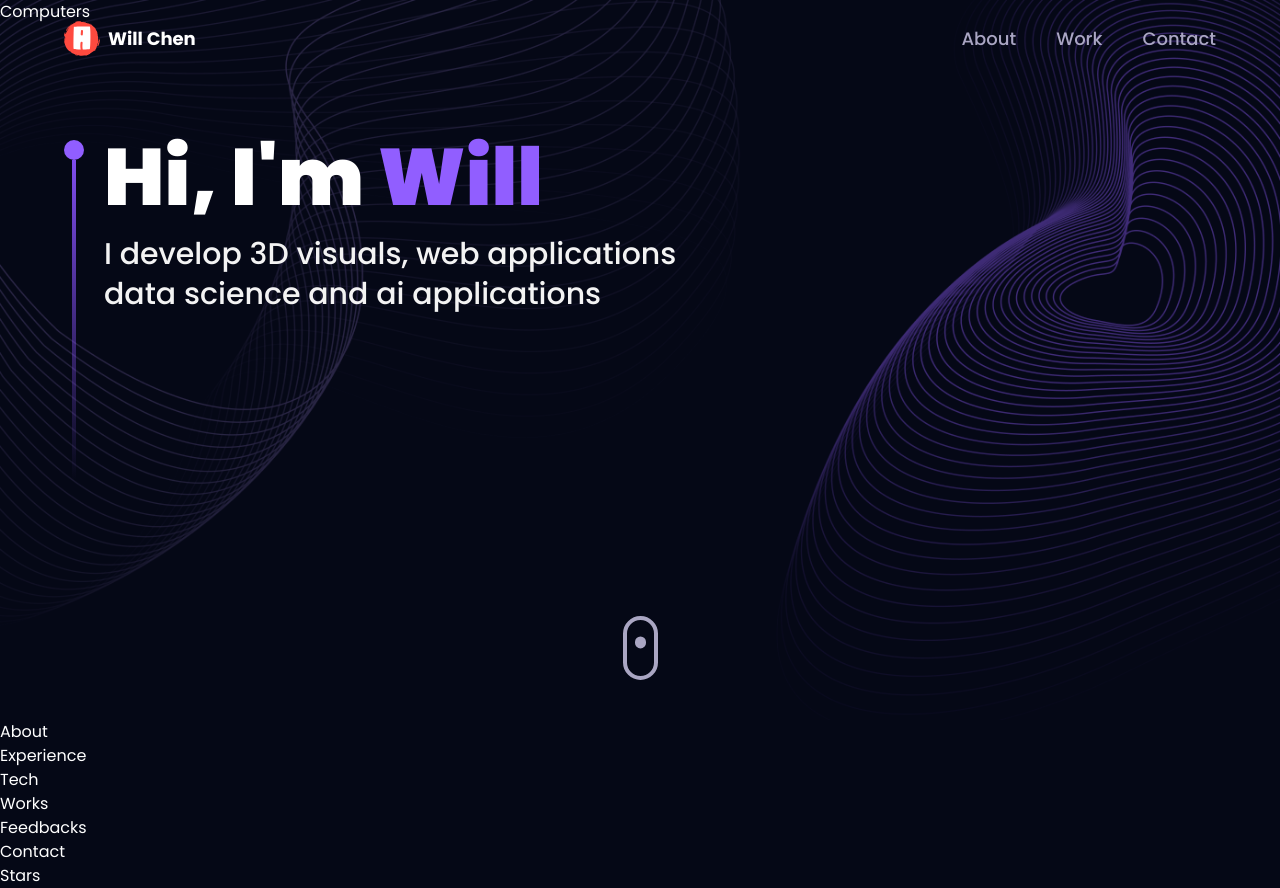
Repository: smallchungus/updatedPersonalWebsite
Page: /
The author's editor kept a copy of each file at every save. The page is drawn from the files as they stood at one save, then again after the next save.
The browser window is 1280 px wide. The pictures show the whole page.
The project was rebuilt for these pictures with package versions that can differ from the ones it lists, and the page was loaded fresh each time. Also part of the build but not shown: vite.config.js, src/components/canvas/Earth.jsx, src/components/canvas/Ball.jsx.

Above is the page before, as saved 2023-11-26 12:14:03.

### index.html
<!doctype html>
<html lang="en">
  <head>
    <meta charset="UTF-8" />
    <link rel="icon" type="image/svg+xml" href="/logo.svg" />
    <meta name="viewport" content="width=device-width, initial-scale=1.0" />
    <title>Will | Portfolio</title>
  </head>
  <body>
    <div id="root"></div>
    <script type="module" src="/src/main.jsx"></script>
  </body>
</html>

### src/App.jsx
import { BrowserRouter } from "react-router-dom"
import {About, Contact, Experience, Feedbacks, Hero, Navbar,Tech, Works, StarsCanvas  } from './components'


const App = () => {

  return (
    <BrowserRouter>
    <div className ="relative z-0 bg-primary">
      <div className = "bg-hero-pattern bg-cover bg-center bg-no-repeat">
        <Navbar />
        <Hero />
      </div>
      <About />
      <Experience />
      <Tech />
      <Works />
      <Feedbacks />
      <div className ="relative z-0">
        <Contact />
        <StarsCanvas />
        </div>
    </div>

    </BrowserRouter>
  )
}

export default App

### src/components/Hero.jsx
import { motion } from "framer-motion";

import { styles } from "../styles";
import { ComputersCanvas } from "./canvas";

const Hero = () => {
  return (
    <section className={`relative w-full h-screen mx-auto`}>
      <div
        className={`absolute inset-0 top-[120px]  max-w-7xl mx-auto ${styles.paddingX} flex flex-row items-start gap-5`}
      >
        <div className='flex flex-col justify-center items-center mt-5'>
          <div className='w-5 h-5 rounded-full bg-[#915EFF]' />
          <div className='w-1 sm:h-80 h-40 violet-gradient' />
        </div>

        <div>
          <h1 className={`${styles.heroHeadText} text-white`}>
            Hi, I'm <span className='text-[#915EFF]'>Will</span>
          </h1>
          <p className={`${styles.heroSubText} mt-2 text-white-100`}>
            I develop 3D visuals, web applications <br className='sm:block hidden' />
            data science and ai applications
          </p>
        </div>
      </div>

      <ComputersCanvas />

      <div className='absolute xs:bottom-10 bottom-32 w-full flex justify-center items-center'>
        <a href='#about'>
          <div className='w-[35px] h-[64px] rounded-3xl border-4 border-secondary flex justify-center items-start p-2'>
            <motion.div
              animate={{
                y: [0, 24, 0],
              }}
              transition={{
                duration: 1.5,
                repeat: Infinity,
                repeatType: "loop",
              }}
              className='w-3 h-3 rounded-full bg-secondary mb-1'
            />
          </div>
        </a>
      </div>
    </section>
  );
};

export default Hero;

### src/components/Navbar.jsx
import React, { useEffect, useState } from "react";
import { Link } from "react-router-dom";

import { styles } from "../styles";
import { navLinks } from "../constants";
import { logo, menu, close } from "../assets";

const Navbar = () => {
  const [active, setActive] = useState("");
  const [toggle, setToggle] = useState(false);
  const [scrolled, setScrolled] = useState(false);

  useEffect(() => {
    const handleScroll = () => {
      const scrollTop = window.scrollY;
      if (scrollTop > 100) {
        setScrolled(true);
      } else {
        setScrolled(false);
      }
    };

    window.addEventListener("scroll", handleScroll);

    return () => window.removeEventListener("scroll", handleScroll);
  }, []);

  return (
    <nav
      className={`${
        styles.paddingX
      } w-full flex items-center py-5 fixed top-0 z-20 ${
        scrolled ? "bg-primary" : "bg-transparent"
      }`}
    >
      <div className='w-full flex justify-between items-center max-w-7xl mx-auto'>
        <Link
          to='/'
          className='flex items-center gap-2'
          onClick={() => {
            setActive("");
            window.scrollTo(0, 0);
          }}
        >
          <img src={logo} alt='logo' className='w-9 h-9 object-contain' />
          <p className='text-white text-[18px] font-bold cursor-pointer flex '>
            Will Chen
          </p>
        </Link>

        <ul className='list-none hidden sm:flex flex-row gap-10'>
          {navLinks.map((nav) => (
            <li
              key={nav.id}
              className={`${
                active === nav.title ? "text-white" : "text-secondary"
              } hover:text-white text-[18px] font-medium cursor-pointer`}
              onClick={() => setActive(nav.title)}
            >
              <a href={`#${nav.id}`}>{nav.title}</a>
            </li>
          ))}
        </ul>

        <div className='sm:hidden flex flex-1 justify-end items-center'>
          <img
            src={toggle ? close : menu}
            alt='menu'
            className='w-[28px] h-[28px] object-contain'
            onClick={() => setToggle(!toggle)}
          />

          <div
            className={`${
              !toggle ? "hidden" : "flex"
            } p-6 black-gradient absolute top-20 right-0 mx-4 my-2 min-w-[140px] z-10 rounded-xl`}
          >
            <ul className='list-none flex justify-end items-start flex-1 flex-col gap-4'>
              {navLinks.map((nav) => (
                <li
                  key={nav.id}
                  className={`font-poppins font-medium cursor-pointer text-[16px] ${
                    active === nav.title ? "text-white" : "text-secondary"
                  }`}
                  onClick={() => {
                    setToggle(!toggle);
                    setActive(nav.title);
                  }}
                >
                  <a href={`#${nav.id}`}>{nav.title}</a>
                </li>
              ))}
            </ul>
          </div>
        </div>
      </div>
    </nav>
  );
};

export default Navbar;

### src/constants/index.js
import {
    mobile,
    backend,
    creator,
    web,
    javascript,
    typescript,
    html,
    css,
    reactjs,
    redux,
    tailwind,
    nodejs,
    mongodb,
    git,
    figma,
    docker,
    meta,
    starbucks,
    tesla,
    shopify,
    carrent,
    jobit,
    tripguide,
    threejs,
  } from "../assets";

  export const navLinks = [
    {
      id: "about",
      title: "About",
    },
    {
      id: "work",
      title: "Work",
    },
    {
      id: "contact",
      title: "Contact",
    },
  ];

  const services = [
    {
      title: "Web Developer",
      icon: web,
    },
    {
      title: "React Native Developer",
      icon: mobile,
    },
    {
      title: "Backend Developer",
      icon: backend,
    },
    {
      title: "Content Creator",
      icon: creator,
    },
  ];

  const technologies = [
    {
      name: "HTML 5",
      icon: html,
    },
    {
      name: "CSS 3",
      icon: css,
    },
    {
      name: "JavaScript",
      icon: javascript,
    },
    {
      name: "TypeScript",
      icon: typescript,
    },
    {
      name: "React JS",
      icon: reactjs,
    },
    {
      name: "Redux Toolkit",
      icon: redux,
    },
    {
      name: "Tailwind CSS",
      icon: tailwind,
    },
    {
      name: "Node JS",
      icon: nodejs,
    },
    {
      name: "MongoDB",
      icon: mongodb,
    },
    {
      name: "Three JS",
      icon: threejs,
    },
    {
      name: "git",
      icon: git,
    },
    {
      name: "figma",
      icon: figma,
    },
    {
      name: "docker",
      icon: docker,
    },
  ];

  const experiences = [
    {
      title: "React.js Developer",
      company_name: "Starbucks",
      icon: starbucks,
      iconBg: "#383E56",
      date: "March 2020 - April 2021",
      points: [
        "Developing and maintaining web applications using React.js and other related technologies.",
        "Collaborating with cross-functional teams including designers, product managers, and other developers to create high-quality products.",
        "Implementing responsive design and ensuring cross-browser compatibility.",
        "Participating in code reviews and providing constructive feedback to other developers.",
      ],
    },
    {
      title: "React Native Developer",
      company_name: "Tesla",
      icon: tesla,
      iconBg: "#E6DEDD",
      date: "Jan 2021 - Feb 2022",
      points: [
        "Developing and maintaining web applications using React.js and other related technologies.",
        "Collaborating with cross-functional teams including designers, product managers, and other developers to create high-quality products.",
        "Implementing responsive design and ensuring cross-browser compatibility.",
        "Participating in code reviews and providing constructive feedback to other developers.",
      ],
    },
    {
      title: "Web Developer",
      company_name: "Shopify",
      icon: shopify,
      iconBg: "#383E56",
      date: "Jan 2022 - Jan 2023",
      points: [
        "Developing and maintaining web applications using React.js and other related technologies.",
        "Collaborating with cross-functional teams including designers, product managers, and other developers to create high-quality products.",
        "Implementing responsive design and ensuring cross-browser compatibility.",
        "Participating in code reviews and providing constructive feedback to other developers.",
      ],
    },
    {
      title: "Full stack Developer",
      company_name: "Meta",
      icon: meta,
      iconBg: "#E6DEDD",
      date: "Jan 2023 - Present",
      points: [
        "Developing and maintaining web applications using React.js and other related technologies.",
        "Collaborating with cross-functional teams including designers, product managers, and other developers to create high-quality products.",
        "Implementing responsive design and ensuring cross-browser compatibility.",
        "Participating in code reviews and providing constructive feedback to other developers.",
      ],
    },
  ];

  const testimonials = [
    {
      testimonial:
        "I thought it was impossible to make a website as beautiful as our product, but Rick proved me wrong.",
      name: "Sara Lee",
      designation: "CFO",
      company: "Acme Co",
      image: "https://randomuser.me/api/portraits/women/4.jpg",
    },
    {
      testimonial:
        "I've never met a web developer who truly cares about their clients' success like Rick does.",
      name: "Chris Brown",
      designation: "COO",
      company: "DEF Corp",
      image: "https://randomuser.me/api/portraits/men/5.jpg",
    },
    {
      testimonial:
        "After Rick optimized our website, our traffic increased by 50%. We can't thank them enough!",
      name: "Lisa Wang",
      designation: "CTO",
      company: "456 Enterprises",
      image: "https://randomuser.me/api/portraits/women/6.jpg",
    },
  ];

  const projects = [
    {
      name: "Car Rent",
      description:
        "Web-based platform that allows users to search, book, and manage car rentals from various providers, providing a convenient and efficient solution for transportation needs.",
      tags: [
        {
          name: "react",
          color: "blue-text-gradient",
        },
        {
          name: "mongodb",
          color: "green-text-gradient",
        },
        {
          name: "tailwind",
          color: "pink-text-gradient",
        },
      ],
      image: carrent,
      source_code_link: "https://github.com/",
    },
    {
      name: "Job IT",
      description:
        "Web application that enables users to search for job openings, view estimated salary ranges for positions, and locate available jobs based on their current location.",
      tags: [
        {
          name: "react",
          color: "blue-text-gradient",
        },
        {
          name: "restapi",
          color: "green-text-gradient",
        },
        {
          name: "scss",
          color: "pink-text-gradient",
        },
      ],
      image: jobit,
      source_code_link: "https://github.com/",
    },
    {
      name: "Trip Guide",
      description:
        "A comprehensive travel booking platform that allows users to book flights, hotels, and rental cars, and offers curated recommendations for popular destinations.",
      tags: [
        {
          name: "nextjs",
          color: "blue-text-gradient",
        },
        {
          name: "supabase",
          color: "green-text-gradient",
        },
        {
          name: "css",
          color: "pink-text-gradient",
        },
      ],
      image: tripguide,
      source_code_link: "https://github.com/",
    },
  ];

  export { services, technologies, experiences, testimonials, projects };

### src/assets/index.js
import logo from "./logo.svg";
import backend from "./backend.png";
import creator from "./creator.png";
import mobile from "./mobile.png";
import web from "./web.png";
import github from "./github.png";
import menu from "./menu.svg";
import close from "./close.svg";

import css from "./tech/css.png";
import docker from "./tech/docker.png";
import figma from "./tech/figma.png";
import git from "./tech/git.png";
import html from "./tech/html.png";
import javascript from "./tech/javascript.png";
import mongodb from "./tech/mongodb.png";
import nodejs from "./tech/nodejs.png";
import reactjs from "./tech/reactjs.png";
import redux from "./tech/redux.png";
import tailwind from "./tech/tailwind.png";
import typescript from "./tech/typescript.png";
import threejs from "./tech/threejs.svg";

import meta from "./company/meta.png";
import shopify from "./company/shopify.png";
import starbucks from "./company/starbucks.png";
import tesla from "./company/tesla.png";

import carrent from "./carrent.png";
import jobit from "./jobit.png";
import tripguide from "./tripguide.png";

export {
  logo,
  backend,
  creator,
  mobile,
  web,
  github,
  menu,
  close,
  css,
  docker,
  figma,
  git,
  html,
  javascript,
  mongodb,
  nodejs,
  reactjs,
  redux,
  tailwind,
  typescript,
  threejs,
  meta,
  shopify,
  starbucks,
  tesla,
  carrent,
  jobit,
  tripguide,
};

Loaded but not shown: src/main.jsx (common file); src/index.css (common file); src/components/index.js (common file); src/components/canvas/index.js (common file); src/components/About.jsx (common file); src/components/Tech.jsx (common file); src/components/Experience.jsx (common file); src/components/Works.jsx (common file); src/components/Feedbacks.jsx (common file); src/components/Contact.jsx (common file); src/components/canvas/Computers.jsx (common file); src/components/canvas/Stars.jsx (common file); src/styles.js (common file); tailwind.config.js (common file)

After the next save:
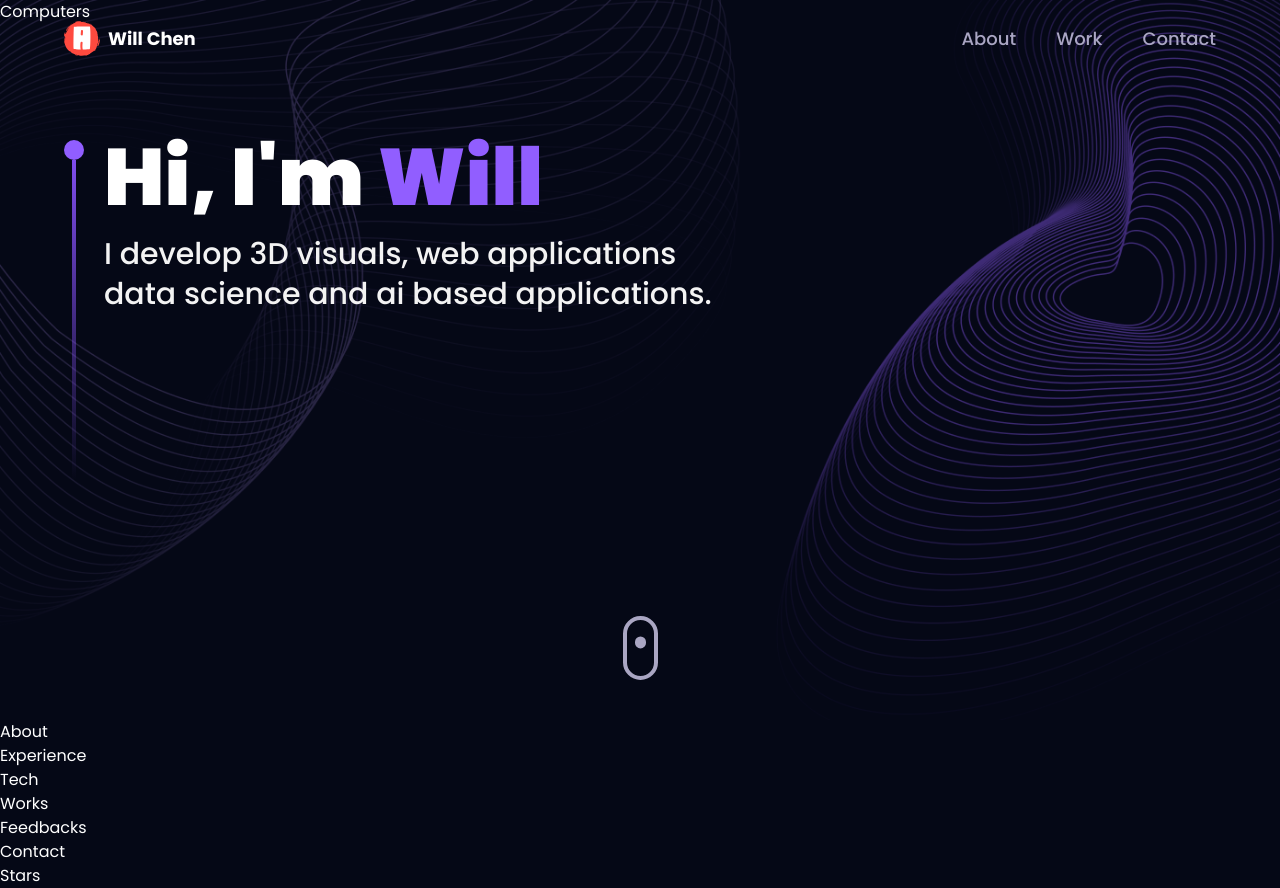
Saved 5 s later.
--- a/src/components/Hero.jsx
+++ b/src/components/Hero.jsx
@@ -20,7 +20,7 @@ const Hero = () => {
           </h1>
           <p className={`${styles.heroSubText} mt-2 text-white-100`}>
             I develop 3D visuals, web applications <br className='sm:block hidden' />
-            data science and ai applications
+            data science and ai based applications.
           </p>
         </div>
       </div>
